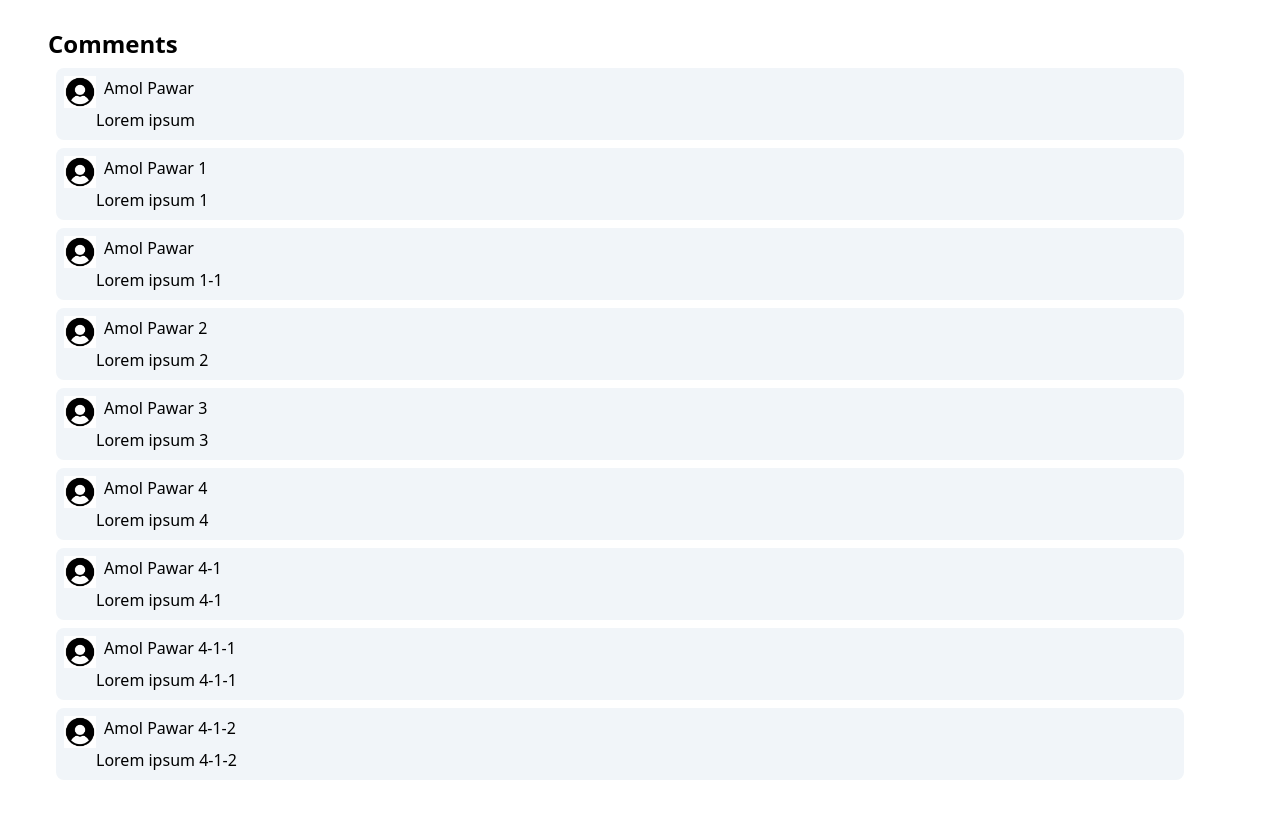
Repository: AmolPawar7181/namaste-youtube
Page: /watch
An editor plug-in stored every save of this project. The page is shown before and after the next save, followed by the edit.
The browser window is 1280 px wide. The pictures show the part of the page from y = 574 to 1390 px (the page is 1390 px tall).
The project was rebuilt for these pictures with package versions that can differ from the ones it lists, and the page was loaded fresh each time. Also part of the build but not shown: vite.config.ts, src/components/Button.tsx, src/components/ButtonList.tsx, src/components/VideoCard.tsx, src/components/VideoContainer.tsx, src/components/MainContainer.tsx.

Above is the page before, as saved 2023-03-27 16:30:10.

After the next save:
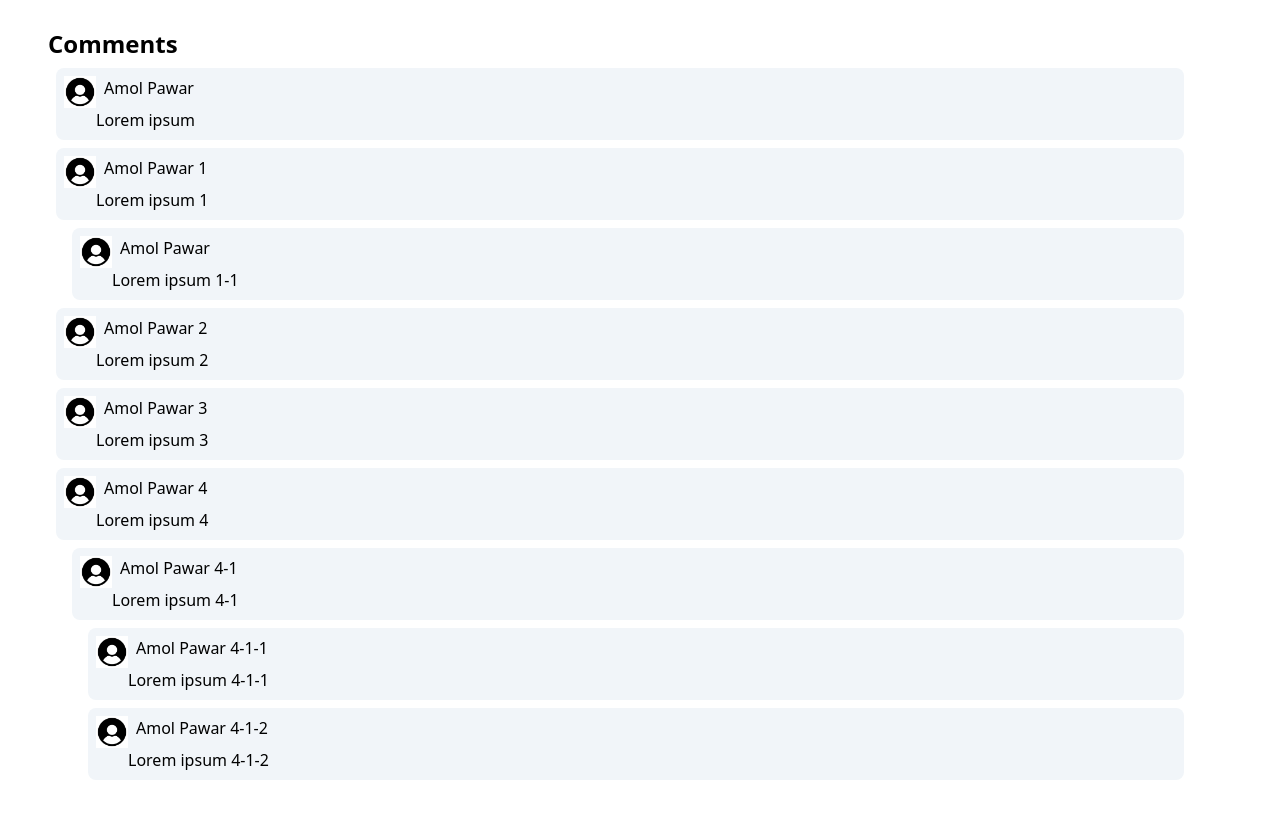
Saved 14 s later.
--- a/src/components/CommentList.tsx
+++ b/src/components/CommentList.tsx
@@ -6,7 +6,7 @@
 			{comments.map((comment: any, index: number) => (
 				<div key={index}>
 					<Comment data={comment} />
-					<div>
+					<div className='pl-4'>
 						<CommentList comments={comment.replies} />
 					</div>
 				</div>
